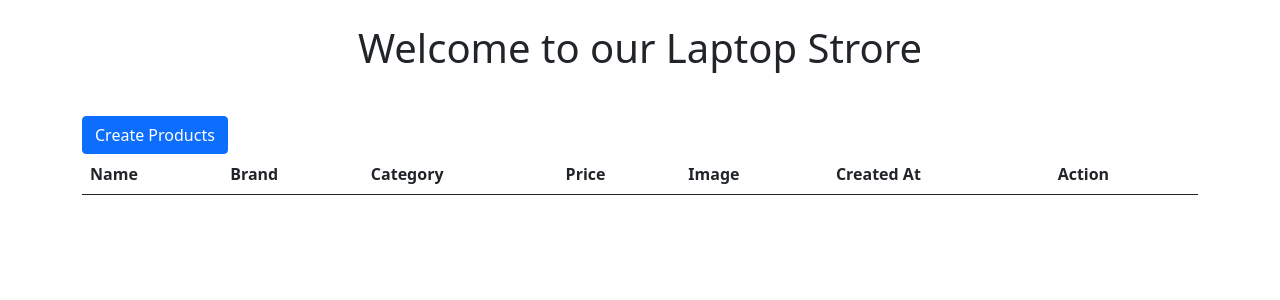
Repository: SulemanBhasha/Crud-App-By-SpringBoot
Page: http://localhost/Products/index
An editor plug-in stored every save of this project. The page is shown before and after the next save, followed by the edit.
The browser window is 1280 px wide. The pictures show the whole page.
The page is this project's Thymeleaf template; nobody is signed in. The template is opened directly, without the code that normally fills it, so the values that code supplies are empty.

Above is the page before, as saved 2024-04-22 19:09:10.

### LaptopStore/bestlaptopstore/src/main/resources/templates/Products/index.html
<!doctype html>
<html lang="en">
  <head>
    <!-- Required meta tags -->
    <meta charset="utf-8">
    <meta name="viewport" content="width=device-width, initial-scale=1">

    <!-- Bootstrap CSS -->
    <link href="https://cdn.jsdelivr.net/npm/bootstrap@5.0.2/dist/css/bootstrap.min.css" rel="stylesheet" integrity="sha384-EVSTQN3/azprG1Anm3QDgpJLIm9Nao0Yz1ztcQTwFspd3yD65VohhpuuCOmLASjC" crossorigin="anonymous">

    <title>create product</title>
  </head>
  <body>

 	<div class="container">
		 <h1 class="text-center my-4 " style="padding-bottom: 20px;">Welcome to our Laptop Strore</h1>
		 <a href="/products/create" class="btn btn-primary"> Create Products</a>

		 <table class="table">
			 <thead>
				 <tr>
					 <th>Name</th>
					 <th>Brand</th>
					 <th>Category</th>
					 <th>Price</th>
					 <th>Image</th>
					 <th>Created At</th>
					 <th>Action</th>
				 </tr>
			 </thead>
			 <tbody>

			 </tbody>
		 </table>
	 </div>























    <!-- Option 1: Bootstrap Bundle with Popper -->
    <script src="https://cdn.jsdelivr.net/npm/bootstrap@5.0.2/dist/js/bootstrap.bundle.min.js" integrity="sha384-MrcW6ZMFYlzcLA8Nl+NtUVF0sA7MsXsP1UyJoMp4YLEuNSfAP+JcXn/tWtIaxVXM" crossorigin="anonymous"></script>

    <!-- Option 2: Separate Popper and Bootstrap JS -->
    <!--
    <script src="https://cdn.jsdelivr.net/npm/@popperjs/core@2.9.2/dist/umd/popper.min.js" integrity="sha384-IQsoLXl5PILFhosVNubq5LC7Qb9DXgDA9i+tQ8Zj3iwWAwPtgFTxbJ8NT4GN1R8p" crossorigin="anonymous"></script>
    <script src="https://cdn.jsdelivr.net/npm/bootstrap@5.0.2/dist/js/bootstrap.min.js" integrity="sha384-cVKIPhGWiC2Al4u+LWgxfKTRIcfu0JTxR+EQDz/bgldoEyl4H0zUF0QKbrJ0EcQF" crossorigin="anonymous"></script>
    -->
  </body>
</html>

After the next save:
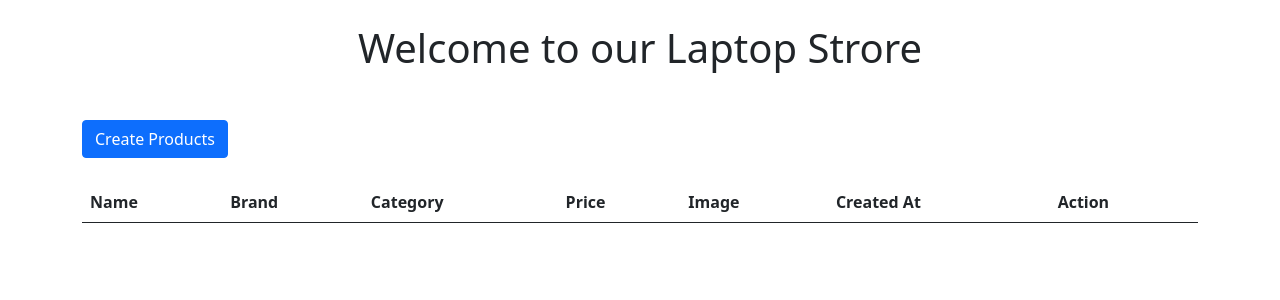
Saved 19 s later.
--- a/LaptopStore/bestlaptopstore/src/main/resources/templates/Products/index.html
+++ b/LaptopStore/bestlaptopstore/src/main/resources/templates/Products/index.html
@@ -13,8 +13,8 @@
   <body>
 
  	<div class="container">
-		 <h1 class="text-center my-4 " style="padding-bottom: 20px;">Welcome to our Laptop Strore</h1>
-		 <a href="/products/create" class="btn btn-primary"> Create Products</a>
+		 <h1 class="text-center my-4 " >Welcome to our Laptop Strore</h1>
+		 <a href="/products/create" class="btn btn-primary my-4"> Create Products</a>
 
 		 <table class="table">
 			 <thead>
